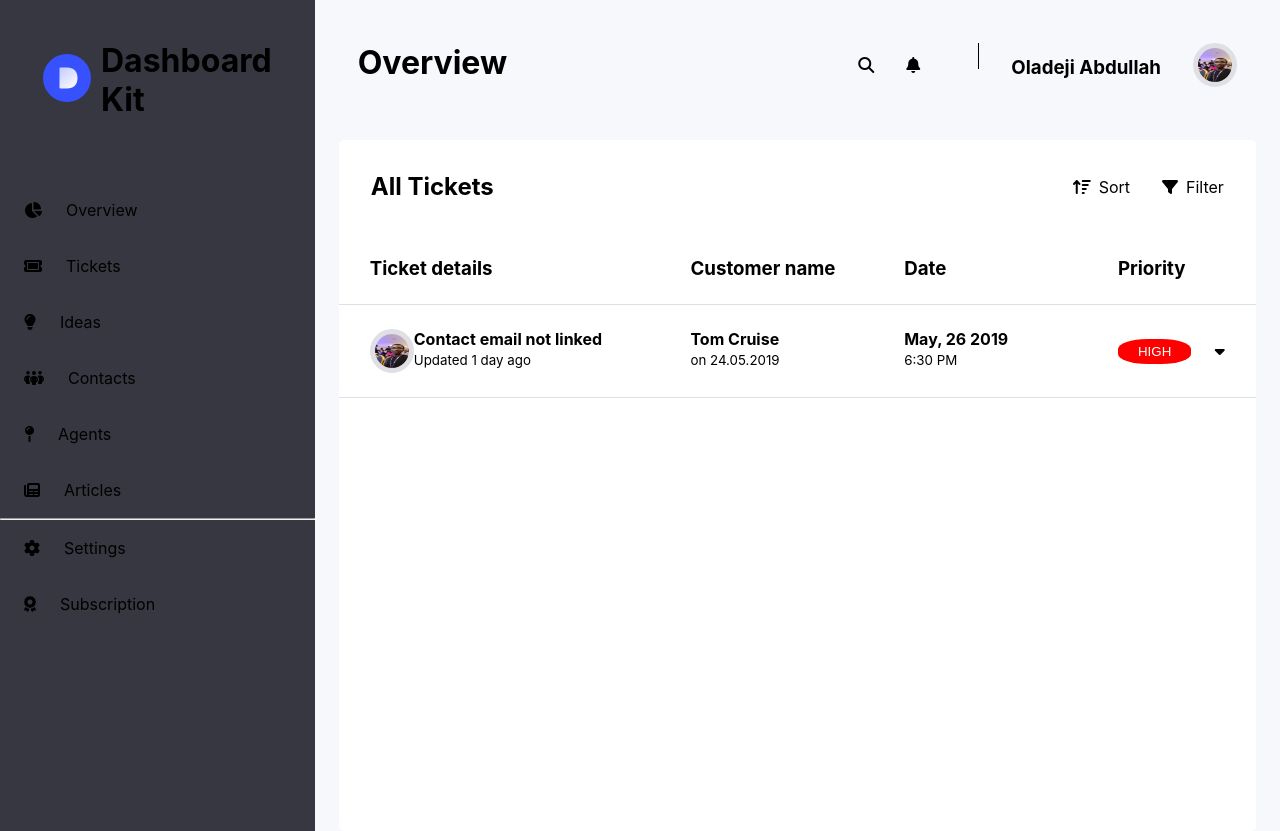
Repository: BuduCE/dashboard
Page: /
An editor plug-in stored every save of this project. The page is shown before and after the next save, followed by the edit.
The browser window is 1280 px wide. The pictures show the whole page.
Some web libraries are served in a nearby version. The project was rebuilt for these pictures with package versions that can differ from the ones it lists, and the page was loaded fresh each time. Also part of the build but not shown: src/pages/Overview/index.jsx.

Above is the page before, as saved 2022-08-05 00:11:01.

### public/index.html
<!DOCTYPE html>
<html lang="en">
  <head>
    <meta charset="utf-8" />
    <link rel="icon" href="%PUBLIC_URL%/favicon.ico" />
    <meta name="viewport" content="width=device-width, initial-scale=1" />
    <meta name="theme-color" content="#000000" />
    <meta
      name="description"
      content="Web site created using create-react-app"
    />
    <link rel="apple-touch-icon" href="%PUBLIC_URL%/logo192.png" />
    <!--
      manifest.json provides metadata used when your web app is installed on a
      user's mobile device or desktop. See https://developers.google.com/web/fundamentals/web-app-manifest/
    -->
    <link rel="manifest" href="%PUBLIC_URL%/manifest.json" />
    <!--
      Notice the use of %PUBLIC_URL% in the tags above.
      It will be replaced with the URL of the `public` folder during the build.
      Only files inside the `public` folder can be referenced from the HTML.

      Unlike "/favicon.ico" or "favicon.ico", "%PUBLIC_URL%/favicon.ico" will
      work correctly both with client-side routing and a non-root public URL.
      Learn how to configure a non-root public URL by running `npm run build`.
    -->

    <!-- Font-Awesome  -->
    <link
      rel="stylesheet" href="https://cdnjs.cloudflare.com/ajax/libs/font-awesome/6.1.1/css/all.min.css" integrity="sha512-KfkfwYDsLkIlwQp6LFnl8zNdLGxu9YAA1QvwINks4PhcElQSvqcyVLLD9aMhXd13uQjoXtEKNosOWaZqXgel0g==" crossorigin="anonymous" referrerpolicy="no-referrer"
    />
    <title>Admin Dashboard</title>
  </head>
  <body>
    <noscript>You need to enable JavaScript to run this app.</noscript>
    <div id="root"></div>
    <!--
      This HTML file is a template.
      If you open it directly in the browser, you will see an empty page.

      You can add webfonts, meta tags, or analytics to this file.
      The build step will place the bundled scripts into the <body> tag.

      To begin the development, run `npm start` or `yarn start`.
      To create a production bundle, use `npm run build` or `yarn build`.
    -->
  </body>
</html>

### src/index.css
* {
  margin: 0;
  padding: 0;
  box-sizing: border-box;
}
body {
  margin: 0;
  font-family: -apple-system, BlinkMacSystemFont, 'Segoe UI', 'Roboto', 'Oxygen',
    'Ubuntu', 'Cantarell', 'Fira Sans', 'Droid Sans', 'Helvetica Neue',
    sans-serif;
  -webkit-font-smoothing: antialiased;
  -moz-osx-font-smoothing: grayscale;
  background: rgba(54, 55, 64, 1);
}

code {
  font-family: source-code-pro, Menlo, Monaco, Consolas, 'Courier New',
    monospace;
}

### src/App.js
import './App.css';
// import Overview from './pages/Overview';
// import Header from './components/common/Header';
import Sidenav from './components/common/SideNav';
// import Login from './pages/Login';

function App() {
  return (
    <div className="App">
      <Sidenav />
      {/* <Login /> */}
    </div>
  );
}

export default App;

### src/components/common/SideNav/index.jsx
import React from 'react'
import Overview from '../../../pages/Overview'
import Tickets from '../../../pages/Tickets'
import Header from '../Header'
import Logo from '../Logo'
import './styles.css'

const Sidenav = () => {
  return (
    <div className='dashboard'>
        <div className="navbar">
            <div className="logo">
                <Logo />
                <h1>Dashboard Kit</h1>
            </div>
            <div className="heading">
                <i className='fas fa-chart-pie'></i>
                <p>Overview</p>
            </div>
            <div className="heading">
                <i className='fas fa-ticket'></i>
                <p>Tickets</p>
            </div>
            <div className="heading">
                <i className='fas fa-lightbulb'></i>
                <p>Ideas</p>
            </div>
            <div className="heading">
                <i className='fas fa-people-group'></i>
                <p>Contacts</p>
            </div>
            <div className="heading">
                <i className='fas fa-map-pin'></i>
                <p>Agents</p>
            </div>
            <div className="heading">
                <i className='fas fa-newspaper'></i>
                <p>Articles</p>
            </div>
            <hr />
            <div className="heading">
                <i className='fas fa-gear'></i>
                <p>Settings</p>
            </div>
            <div className="heading">
                <i className='fas fa-award'></i>
                <p>Subscription</p>
            </div>

        </div>
        <div className="info">
            {/* <Header /> */}
            {/* <Overview /> */}
            <Tickets />
        </div>
    </div>
  )
}

export default Sidenav

### src/pages/Tickets/index.jsx
import React from 'react'
import Header from '../../components/common/Header'
import './styles.css'
import Budu from './budu.jpg'

const Tickets = () => {
  return (
    <div>
        <Header />

        <div className='ticket_pg'>
            <div className="ticket_title">
                <div className="titleL">
                    <h2>All Tickets</h2>
                </div>
                <div className="titleR">
                    <div className="titleR_icon">
                        <i className='fas fa-arrow-up-wide-short'></i>
                        <p>Sort</p>
                    </div>
                    <div className="titleR_icon">
                        <i className='fas fa-filter'></i>
                        <p>Filter</p>
                    </div>
                </div>
            </div>

            <div className="ticket_tab">
                <div className="tab_info">
                    <h3>Ticket details</h3>
                    <h3>Customer name</h3>
                    <h3>Date</h3>
                    <h3>Priority</h3>
                </div>
                <div className="tab_info">
                        <div className="info_title">
                            <img src={Budu} alt="" />

                            <div>
                                <h4>Contact email not linked</h4>
                                <small>Updated 1 day ago</small>
                            </div>
                        </div>
                        <div className="info_name">
                            <h4>Tom Cruise</h4>
                            <small>on 24.05.2019</small>
                        </div>
                        <div className="info_date">
                            <h4>May, 26 2019</h4>
                            <small>6:30 PM</small>
                        </div>
                        <div className="info_status">
                            <button>HIGH</button>
                            <i className='fas fa-caret-down'></i>
                        </div>

                </div>
            </div>
        </div>
    </div>
  )
}

export default Tickets

### src/components/common/Header/index.jsx
import React from 'react'
import './styles.css'
import budu from './budu.jpg'

const Header = () => {
  return (
    <div className='head_er'>
        <div className="headerL">
            <h1>Overview</h1>
        </div>
        <div className="headerR">
            <i className='fas fa-magnifying-glass icon'></i>
            <i className='fas fa-bell icon bell'></i>
            <h3>Oladeji Abdullah</h3>
            <img src={budu} alt="" />
        </div>
    </div>
  )
}

export default Header

### src/components/common/Logo/index.jsx
import React from 'react'
import companyLogo from './logo.svg'

const Logo = () => {
  return (
    <div>
        <img src={companyLogo} alt="" />
    </div>
  )
}

export default Logo

### src/components/common/SideNav/styles.css
.dashboard{
    display: grid;
    grid-template-columns: 1fr 4fr;
}
.navbar{
    padding: 41px 0;
}
.logo{
    display: flex;
    padding: 43px 43px;
    padding-bottom: 63px;
    padding-top: 0;
    align-items: center;
}
.logo h1{
    margin-left: 10px;
}
.heading{
    width: 100%;
    display: flex;
    padding: 18px 24px;
    align-items: center;
}
.heading p{
    margin-left: 24px;
}
.heading:hover{
    border-left: 1px solid #fff;
    color: #fff;
}
.info{
    background: #F7F8FC;
    /* height: 100vh; */
}

### src/pages/Overview/styles.css
.overview_pg{
    margin-top: 54px;
}
.overview_stat{
    display: grid;
    grid-template-columns: 1fr 1fr 1fr 1fr;
    /* justify-content: space-evenly; */
    width: 100%;
}
.overview_info{
    display: flex;
    flex-direction: column;
    text-align: center;
    /* border: 1px solid; */
    border-radius: 5px;
    padding: 24px 32px;
    background: #fff;
    box-shadow: 15px;
    width: 55%;
    margin: auto;
}
.overview_info:hover{
    color: blue;
    border: 1px blue solid;
}
.overview_info p{
    padding-bottom: 12px;
}

/* trend  */
.trends{
    width: 90%;
    background: #fff;
    margin: auto;
    border-radius: 5px;
    height: 80vh;
    margin-top: 30px;
    display: grid;
    grid-template-columns: 2fr 1fr;
    margin-top: 30px;
}
.trends_head{
    padding: 32px;
}
.trend_title_stat{
    display: flex;
    justify-content: space-between;
}
.trend_day{
    display: flex;
    justify-content: space-evenly;
}
.trends_headB img{
    width: 100%;
    margin-top: 54px;
    height: 55vh;
}

/* summary  */
.trends_summary{
    display: grid;
    grid-template-rows: 1fr 1fr 1fr 1fr 1fr;
}
.summary_type{
    padding: 28px;
    border-left: 1px solid #dfe0e5;
    border-bottom: 1px solid #dfe0e5;
    text-align: center;
}
.summary_type p{
    margin-bottom: 6px;
}

/* Tickets */
.ticket_n_task{
    display: grid;
    grid-template-columns: 1fr 1fr;
    width: 90%;
    margin: auto;
    margin-top: 30px;
    margin-bottom: 30px;
}
.ticket{
    margin-right: 50px;
}
.task{
    margin-left: 50px;
}
.ticket,.task{
    border-radius: 5px;
    background: #fff;
}
.ticket_head{
    padding: 32px;
    margin-bottom: 8px;
    width: 80%;
    height: 10vh;
}
.ticket_title{
    display: flex;
    justify-content: space-between;
    align-items: center;
}
.ticket_list a{
    text-decoration: none;
    display: flex;
    justify-content: space-between;
    align-items: center;
    padding: 20px 32px;
    border-bottom: 1px solid #F7F8FC;
    margin-top: 36px;
    align-items: center;
}
.task_todo{
    align-items: center;
}
.task_todo label{
    margin-left: 8px;
}

### src/pages/Tickets/styles.css
.ticket_pg{
    background: #fff;
    border-radius: 5px;
    height: 96vh;
    width: 95%;
    margin: auto;
    margin-top: 54px;
}
.ticket_title{
    display: flex;
    justify-content: space-between;
    padding: 32px;
}
.titleR, .titleR_icon{
    display: flex;
    justify-content: space-between;
    align-items: center;
    margin-left: 32px;
}
.titleR_icon p{
    margin-left: 8px;
}
/* .tab_head{
    display: grid;
    grid-template-columns: 3fr 2fr 2fr 1fr;
    margin: auto;
    padding: 0 77px 12px 31px;
    border-bottom: 1px solid #dfe0e5;
} */
.tab_info{
    display: grid;
    grid-template-columns: 3fr 2fr 2fr 1fr;
    margin: auto;
    padding: 24px 31px;
    border-bottom: 1px solid #dfe0e5;
}
.info_title{
    display: grid;
    grid-template-columns: 1fr 7fr;
}
.info_title img{
    width: 44px;
    height: 44px;
    border: 5px solid #dfe0e5;
    border-radius: 50%;
}
.ticket_tab{
    margin: auto;
}
.info_status{
    display: flex;
    /* grid-template-columns: 1fr 1fr; */
    justify-content: space-between;
    align-items: center;
}
.info_status button{
    padding: 5px 20px;
    border-radius: 40%;
    background: red;
    color: #fff;
    border: none;
}

### src/components/common/Header/styles.css
.head_er{
    display: flex;
    justify-content: space-between;
    width: 100%;
    height: 10vh;
    padding: 43px 43px;
}
.headerR{
    display: flex;
    justify-content: space-between;
    /* align-items: center; */
}
.icon{
    width: 16px;
    height: 16px;
    padding: 14px 24px;
}
.bell{
    padding-right: 72px;
}
.headerR h3{
    padding: 13px 32px;
    border-left: 1px solid #000;
}
.headerR img{
    width: 44px;
    height: 44px;
    border-radius: 50%;
    border: 5px solid #dfe0e5;
}

Loaded but not shown: src/index.js (common file); src/reportWebVitals.js (common file); src/App.css (common file)

After the next save:
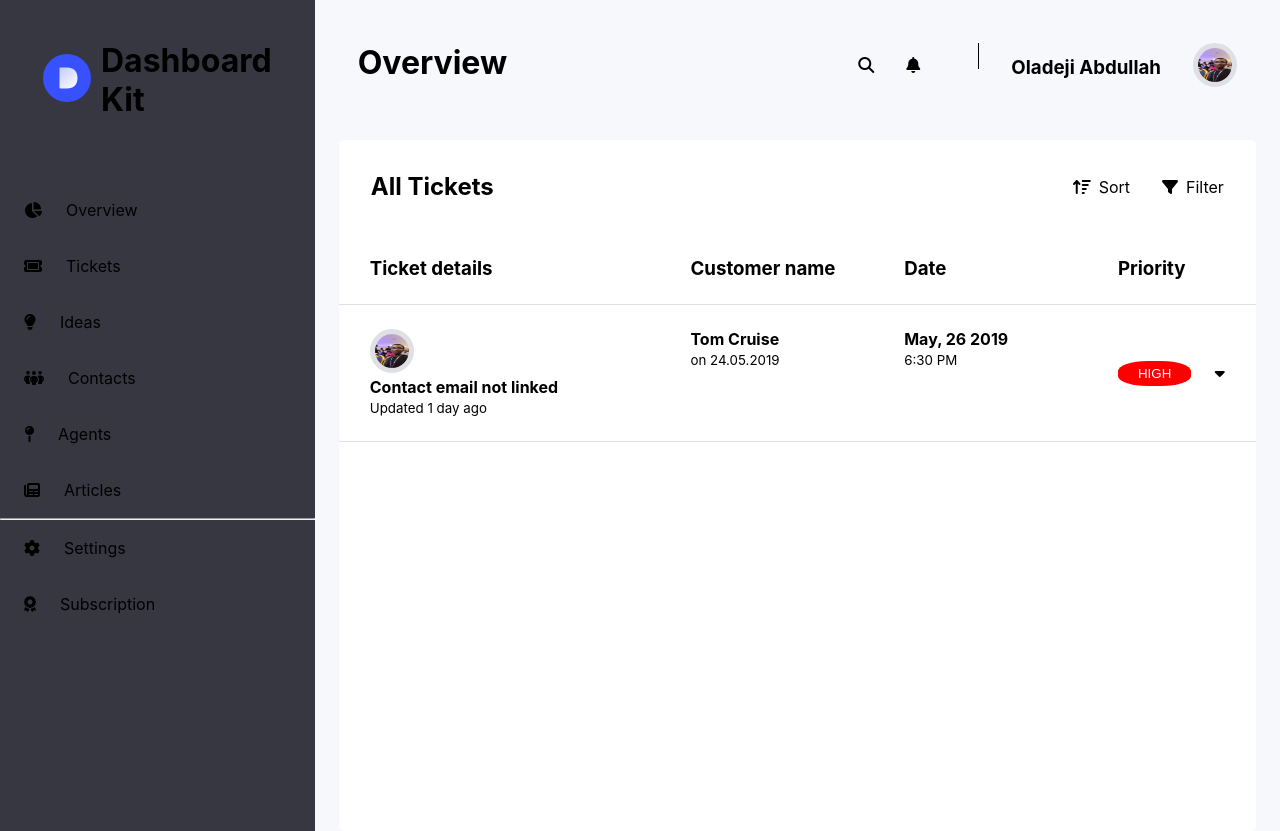
Saved 46 s later.
--- a/src/pages/Tickets/styles.css
+++ b/src/pages/Tickets/styles.css
@@ -34,6 +34,7 @@
     padding: 24px 31px;
     border-bottom: 1px solid #dfe0e5;
 }
+ta
 .info_title{
     display: grid;
     grid-template-columns: 1fr 7fr;

After the 4 saves that followed:
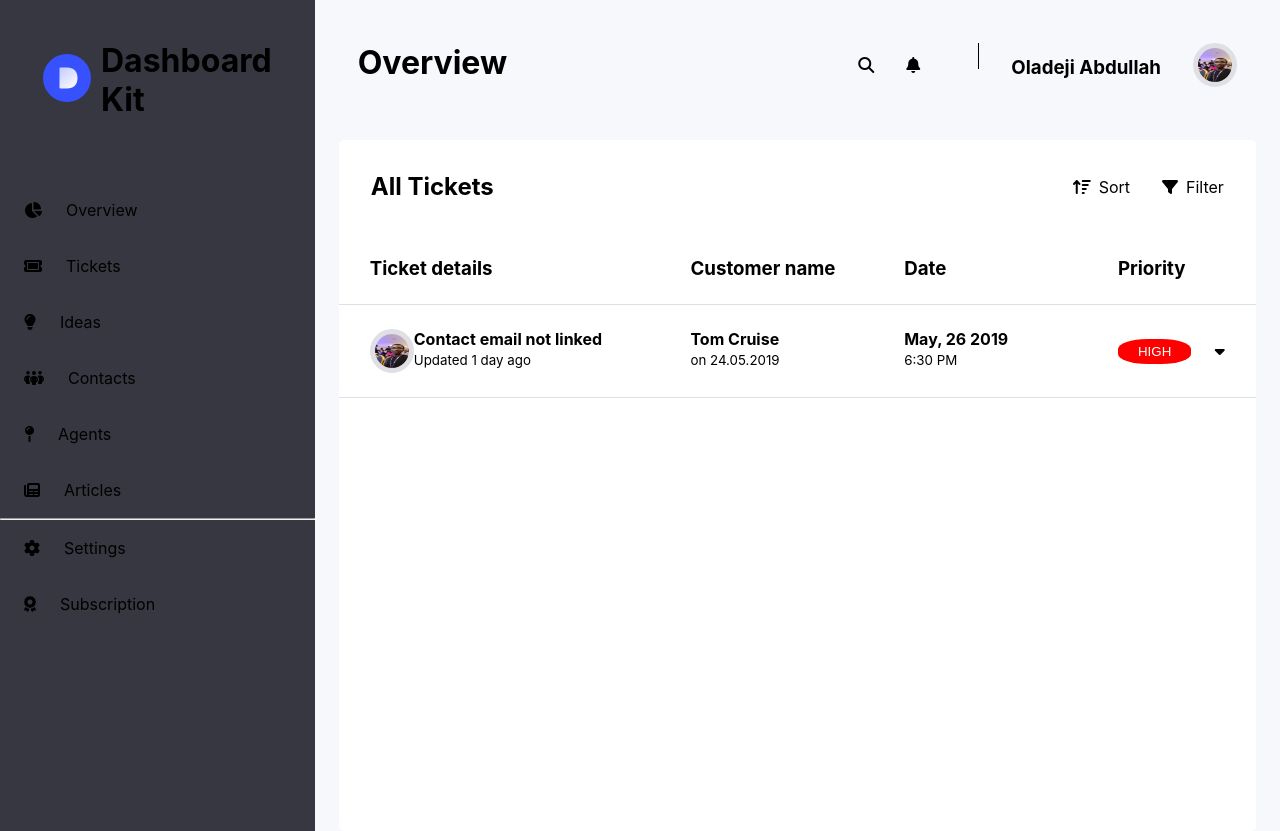
The 4 saves are shown as one change because they came seconds apart.
The last was saved 11 s later.
--- a/src/pages/Tickets/styles.css
+++ b/src/pages/Tickets/styles.css
@@ -34,7 +34,9 @@
     padding: 24px 31px;
     border-bottom: 1px solid #dfe0e5;
 }
-ta
+.tab_info:hover{
+    background: ;
+}
 .info_title{
     display: grid;
     grid-template-columns: 1fr 7fr;
